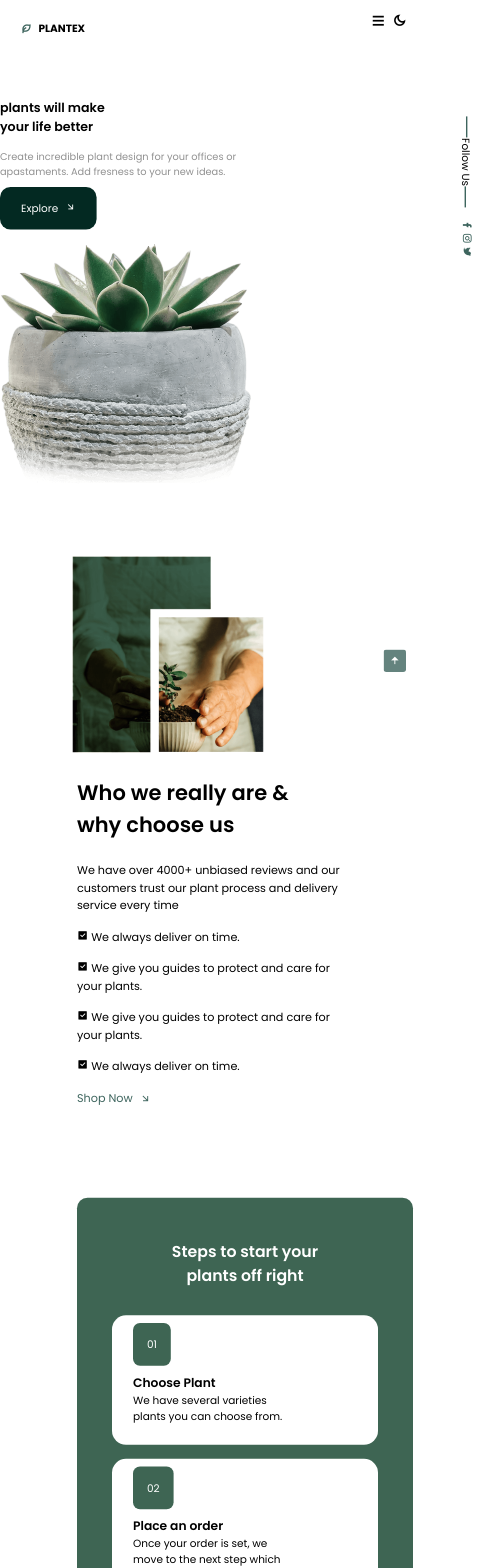
Repository: OmniaRafat232111121/plantwebsite
Page: index.html
The author's editor kept a copy of each file at every save. The page is drawn from the files as they stood at one save, then again after a run of saves.
The browser window is 600 px wide. The page is 700 px wide, so the pictures cover 700 px, including what lies to the right of the window. The pictures show the part of the page from y = 0 to 2240 px (the page is 7354 px tall before and 7415 px after), at 70% of full size.

Above is the page before, as saved 2023-01-06 02:14:49.

After the next 4 saves:
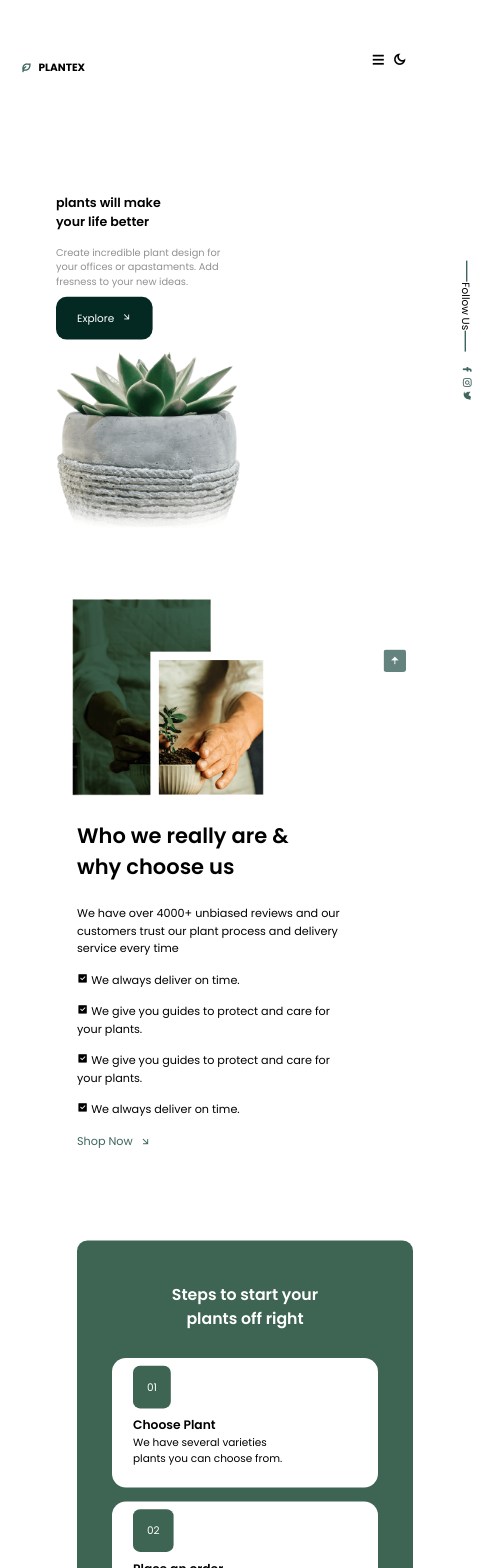
The 4 saves are shown as one change because they came seconds apart.
The last was saved 10 s later.
--- a/assets/css/styles.css
+++ b/assets/css/styles.css
@@ -202,9 +202,9 @@ color:#000;
  color: var(--green);
  transition: 0.3s;
 }
-@media screen and (max-width: 767px)
+@media screen and (max-width: 767px){
 .header{
-
+position: relative;
 }
 
 .nav_list{
